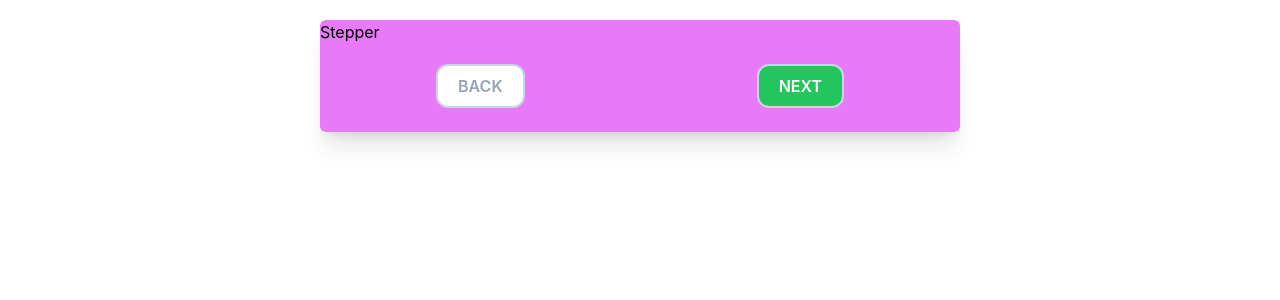
Repository: OmniaRafat232111121/reactstepper
Page: /
An editor plug-in stored every save of this project. The page is shown before and after the next save, followed by the edit.
The browser window is 1280 px wide. The pictures show the whole page.
The project was rebuilt for these pictures with package versions that can differ from the ones it lists, and the page was loaded fresh each time. Also part of the build but not shown: src/App.css.

Above is the page before, as saved 2023-02-21 23:27:29.

### src/App.js

import './App.css';
import Stepper from './Component/Stepper';
import StepperControl from './Component/StepperControl';
function App() {
  return (
    <div className="md:w-1/2 mx-auto  rounded-md shadow-xl bg-fuchsia-400 pb-2 mt-5">
     {/*stepper*/}
    <div className='container horizontal mt-5'>
    <Stepper/>
    </div>
     {/*StepperCOntrol*/}
     <StepperControl/>
    </div>
  );
}

export default App;

### src/Component/Stepper.js
import React from 'react'

const Stepper = () => {
  return (
    <div>
      <h1>Stepper</h1>
    </div>
  )
}

export default Stepper

### src/Component/StepperControl.js
import React from 'react'

const StepperControl = () => {
  return (
    <div className='container  flex justify-around mt-5 mb-4'>
       {/*back button*/}
       <button className='bg-white text-slate-400 font-semibold  uppercase px-5 py-2  rounded-xl
       cursor-pointer border-2 border-slate-300 hover:bg-slate-700 hover:text-white transition duration-200 ease-in-out'>
       Back
       </button>
        {/*next button*/}
        <button className='bg-green-500 text-white font-semibold  uppercase px-5 py-2  rounded-xl
        cursor-pointer border-2 border-slate-300 hover:bg-slate-700 hover:text-white transition duration-200 ease-in-out'>
        Next
        </button>
    </div>
  )
}

export default StepperControl

Loaded but not shown: public/index.html (common file); src/index.js (common file); src/index.css (common file); tailwind.config.js (common file)

After the next save:
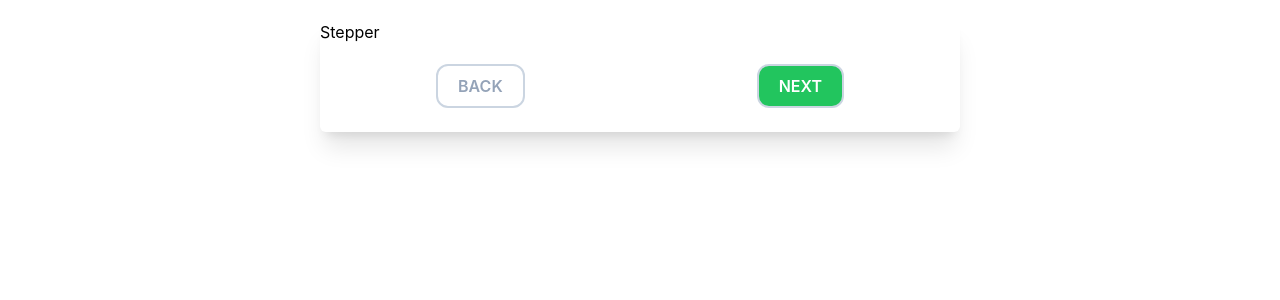
Saved 16 s later.
--- a/src/App.js
+++ b/src/App.js
@@ -4,7 +4,7 @@ import Stepper from './Component/Stepper';
 import StepperControl from './Component/StepperControl';
 function App() {
   return (
-    <div className="md:w-1/2 mx-auto  rounded-md shadow-xl bg-fuchsia-400 pb-2 mt-5">
+    <div className="md:w-1/2 mx-auto  rounded-md shadow-xl bg-wh pb-2 mt-5">
      {/*stepper*/}
     <div className='container horizontal mt-5'>
     <Stepper/>
